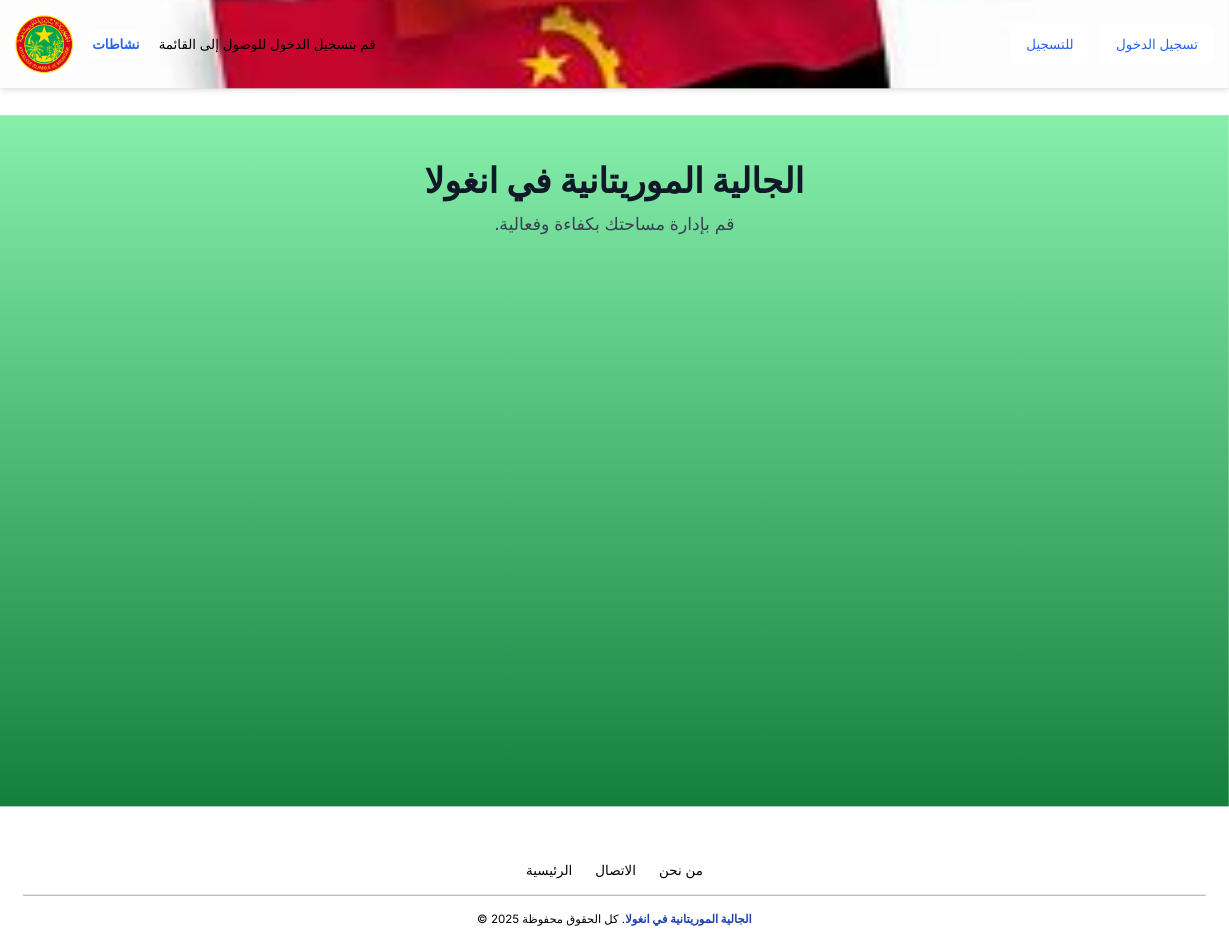
Repository: lamatmed/cmra
Page: /dashboard/espace-user
These files come from the project's save history. The page is drawn as it stood at one moment and after the next save; the edit follows.
The browser window is 1280 px wide. The pictures show the whole page, at 96% of full size.
The project was rebuilt for these pictures with package versions that can differ from the ones it lists, and the page was loaded fresh each time. The framework's server and built-in components were replaced by stand-ins that run in the browser. Also part of the build but not shown: next.config.js, components/ui/dropdown-menu.tsx, components/ui/card.tsx.

Above is the page before, as saved 2025-04-13 20:42:27.

### app/layout.tsx
import "./globals.css";
import type { Metadata } from "next";
import { Inter } from "next/font/google";
import { AuthProvider } from "@/components/AuthContext";
import NavBar from "@/components/NavBar";
import { Toaster } from "@/components/ui/toaster";
import Footer from "@/components/Footer";

const inter = Inter({ subsets: ["latin"] });

export const metadata: Metadata = {
  title: "الجالية الموريتانية في انغولا",
  description: "Application",
  icons: "/logo.png",
};

export default function RootLayout({
  children,
}: {
  children: React.ReactNode;
}) {
  return (
    <html lang="fr" className={inter.className} suppressHydrationWarning>
      <body className="flex flex-col min-h-screen">
        <AuthProvider>
          <NavBar />
          <main className="flex-grow mt-7">{children}</main>
          <Footer />
        </AuthProvider>
        <Toaster /> {/* Placer Toaster en dehors d'AuthProvider pour éviter sa réinitialisation */}
      </body>
    </html>
  );
}

### app/dashboard/espace-user/page.tsx
"use client";

import { motion } from "framer-motion";
import { Button } from "@/components/ui/button";
import {
  Card,
  CardContent,
  CardDescription,
  CardHeader,
  CardTitle,
} from "@/components/ui/card";
import { IdCard } from "lucide-react";
import Link from "next/link";
import { useContext } from "react";
import { AuthContext } from "@/components/AuthContext";
import { FaRegUser, FaVoteYea } from "react-icons/fa";

export default function Home() {
  const { user } = useContext(AuthContext) ?? {};

  return (
    <main
      className="min-h-screen bg-gradient-to-b from-green-300 to-green-700 dark:from-gray-900 dark:to-gray-800 flex flex-col"
      dir="rtl"
    >
      <div className="container mx-auto px-4 py-12 flex-1">
        <motion.div
          initial={{ opacity: 0, y: -20 }}
          animate={{ opacity: 1, y: 0 }}
          transition={{ duration: 0.6 }}
          className="text-center mb-12"
        >
          <h1 className="text-4xl font-bold text-gray-900 dark:text-white mb-3">
            الجالية الموريتانية في انغولا
          </h1>
          <p className="text-lg text-gray-700 dark:text-gray-300">
            قم بإدارة مساحتك بكفاءة وفعالية.
          </p>
        </motion.div>

        {/* Grid Responsive */}
        <div className="grid grid-cols-1 sm:grid-cols-2 md:grid-cols-3 lg:grid-cols-4 gap-6">
          {user && (
            <>
              <motion.div whileHover={{ scale: 1.05 }}>
                <Card className="hover:shadow-lg transition-shadow">
                  <CardHeader>
                    <CardTitle className="flex items-center gap-2">
                      <FaRegUser className="h-6 w-6" />
                      تعديل الملف الشخصي
                    </CardTitle>
                    <CardDescription>إدارة معلوماتي الشخصية</CardDescription>
                  </CardHeader>
                  <CardContent>
                    <Button asChild className="w-full">
                      <Link href="/dashboard/espace-user/update">دخول</Link>
                    </Button>
                  </CardContent>
                </Card>
              </motion.div>

              <motion.div whileHover={{ scale: 1.05 }}>
                <Card className="hover:shadow-lg transition-shadow">
                  <CardHeader>
                    <CardTitle className="flex items-center gap-2">
                      <FaVoteYea className="h-6 w-6" />
                      انتخابات المكتب
                    </CardTitle>
                    <CardDescription>المشاركة في التصويت</CardDescription>
                  </CardHeader>
                  <CardContent>
                    <Button asChild className="w-full">
                      <Link href="/dashboard/espace-user/votes">دخول</Link>
                    </Button>
                  </CardContent>
                </Card>
              </motion.div>

              <motion.div whileHover={{ scale: 1.05 }}>
                <Card className="hover:shadow-lg transition-shadow">
                  <CardHeader>
                    <CardTitle className="flex items-center gap-2">
                      <IdCard className="h-6 w-6" />
                      بطاقة العضوية
                    </CardTitle>
                    <CardDescription>بطاقتك الخاصة كعضو</CardDescription>
                  </CardHeader>
                  <CardContent>
                    <Button asChild className="w-full">
                      <Link href="/dashboard/espace-user/carte">دخول</Link>
                    </Button>
                  </CardContent>
                </Card>
              </motion.div>
            </>
          )}
        </div>
      </div>
    </main>
  );
}

### components/AuthContext.tsx
"use client";

import { createContext, useState, useEffect, useCallback } from "react";

interface User {
  nni: string;
  id: string;
  name: string;
  role: string;
  photo: string| undefined;
  address: string| undefined;
  job:  string| undefined;
  domain : string| undefined;
  cv: string| undefined
}

interface AuthContextType {
  user: User | null;
  isAuthenticated: boolean;
  login: (token: string) => void;
  logout: () => void;
}

export const AuthContext = createContext<AuthContextType | null>(null);

export function AuthProvider({ children }: { children: React.ReactNode }) {
  const [user, setUser] = useState<User | null>(null);
  const [isAuthenticated, setIsAuthenticated] = useState(false);

  // ✅ `fetchUser` est maintenant stable grâce à `useCallback`
  const fetchUser = useCallback((token: string) => {
    console.log("🔍 Envoi du token pour récupération de l'utilisateur...");

    fetch("/api/me", {
      headers: { Authorization: `Bearer ${token}` },
    })
      .then((res) => res.json())
      .then((data) => {
        console.log("🔍 Réponse API:", data);
        if (data.user) {
          setUser(data.user);
          setIsAuthenticated(true);
        } else {
          throw new Error("Utilisateur non trouvé");
        }
      })
      .catch((error) => {
        console.log("❌ Erreur lors de la récupération de l'utilisateur:", error);
        logout(); // Un seul appel ici
      });
  }, []);


  useEffect(() => {
    const token = localStorage.getItem("token");
    if (token) {
      fetchUser(token); // ✅ Plus de warning
    }
  }, [fetchUser]); // ✅ fetchUser est maintenant stable

  function login(token: string) {
    console.log("✅ Connexion réussie, stockage du token...");
    localStorage.setItem("token", token);
    fetchUser(token);
  }

  function logout() {
    console.log("🚪 Déconnexion, suppression du token...");
    localStorage.removeItem("token");
    setUser(null);
    setIsAuthenticated(false);
  }

  return (
    <AuthContext.Provider value={{ user, isAuthenticated, login, logout }}>
      {children}
    </AuthContext.Provider>
  );
}

### components/ui/toaster.tsx
'use client';

import { useToast } from '@/hooks/use-toast';
import {
  Toast,
  ToastClose,
  ToastDescription,
  ToastProvider,
  ToastTitle,
  ToastViewport,
} from '@/components/ui/toast';

export function Toaster() {
  const { toasts } = useToast();

  return (
    <ToastProvider>
      {toasts.map(function ({ id, title, description, action, ...props }) {
        return (
          <Toast key={id} {...props}>
            <div className="grid gap-1">
              {title && <ToastTitle>{title}</ToastTitle>}
              {description && (
                <ToastDescription>{description}</ToastDescription>
              )}
            </div>
            {action}
            <ToastClose />
          </Toast>
        );
      })}
      <ToastViewport />
    </ToastProvider>
  );
}

### components/Footer.tsx
"use client";

import Link from "next/link";
import { motion } from "framer-motion";

const Footer = () => {
  return (
    <motion.footer
      initial={{ opacity: 0, y: 20 }}
      animate={{ opacity: 1, y: 0 }}
      transition={{ duration: 0.6 }}
      className="w-full py-6 bg-gradient-to-r from-gray-900 to-gray-700 text-white shadow-md mt-8"
      style={{
        backgroundImage: "url('/')", // Remplace par ton image
        backgroundSize: "cover",
        backgroundPosition: "center",
      }}
    >
      <div className="container mx-auto px-6 max-w-7xl text-center">
        {/* Liens rapides */}
        <nav className="mb-4 flex justify-center space-x-6 bg-white text-black">
          <Link href="/" className="text-sm hover:bg-blue-400 transition ">
            الرئيسية
          </Link>
          <Link
            href="/contact"
            className="text-sm hover:text-blue-900transition hover:bg-blue-400 "
          >
            الاتصال
          </Link>
          <Link
            href="/about"
            className="text-sm hover:bg-blue-400 transition"
          >
            من نحن
          </Link>
        </nav>

        {/* Copyright */}
        <div className="border-t border-gray-400 pt-4 text-center px-2 sm:px-4">
          <p className="text-[10px] sm:text-xs text-black whitespace-nowrap bg-white">
            © {new Date().getFullYear()}{" "}
            <span className="font-bold text-blue-800">الجالية الموريتانية في انغولا</span>
            . كل الحقوق محفوظة
          </p>
        </div>
      </div>
    </motion.footer>
  );
};

export default Footer;

### components/ui/button.tsx
import * as React from 'react';
import { Slot } from '@radix-ui/react-slot';
import { cva, type VariantProps } from 'class-variance-authority';

import { cn } from '@/lib/utils';

const buttonVariants = cva(
  'inline-flex items-center justify-center whitespace-nowrap rounded-md text-sm font-medium ring-offset-background transition-colors focus-visible:outline-none focus-visible:ring-2 focus-visible:ring-ring focus-visible:ring-offset-2 disabled:pointer-events-none disabled:opacity-50',
  {
    variants: {
      variant: {
        default: 'bg-primary text-primary-foreground hover:bg-primary/90',
        destructive:
          'bg-destructive text-destructive-foreground hover:bg-destructive/90',
        outline:
          'border border-input bg-background hover:bg-accent hover:text-accent-foreground',
        secondary:
          'bg-secondary text-secondary-foreground hover:bg-secondary/80',
        ghost: 'hover:bg-accent hover:text-accent-foreground',
        link: 'text-primary underline-offset-4 hover:underline',
      },
      size: {
        default: 'h-10 px-4 py-2',
        sm: 'h-9 rounded-md px-3',
        lg: 'h-11 rounded-md px-8',
        icon: 'h-10 w-10',
      },
    },
    defaultVariants: {
      variant: 'default',
      size: 'default',
    },
  }
);

export interface ButtonProps
  extends React.ButtonHTMLAttributes<HTMLButtonElement>,
    VariantProps<typeof buttonVariants> {
  asChild?: boolean;
}

const Button = React.forwardRef<HTMLButtonElement, ButtonProps>(
  ({ className, variant, size, asChild = false, ...props }, ref) => {
    const Comp = asChild ? Slot : 'button';
    return (
      <Comp
        className={cn(buttonVariants({ variant, size, className }))}
        ref={ref}
        {...props}
      />
    );
  }
);
Button.displayName = 'Button';

export { Button, buttonVariants };

### components/main-nav.tsx
"use client"

import Link from "next/link"
import { usePathname } from "next/navigation"
import { useContext } from "react"
import { AuthContext } from "@/components/AuthContext"
import { cn } from "@/lib/utils"
import {
  Users,
  Clipboard,
  ComputerIcon ,
  LayoutDashboard,
  NotebookPen
} from "lucide-react"

type NavigationItem = {
  name: string;
  href: string;
  icon: React.ComponentType<any>;
}

type Navigation = {
  ADMIN: NavigationItem[];
  USER: NavigationItem[];

}

const navigation: Navigation = {
  ADMIN: [
    { name: "لوحه القياده", href: "/dashboard", icon: LayoutDashboard },

    { name: "مساحتي", href: "/dashboard/espace-user", icon: ComputerIcon},
    { name: "اعضاء", href: "/dashboard/users", icon: Users },
    { name: "انتخاب", href: "/dashboard/config-vote", icon: Clipboard },
    { name: "الأنشطة", href: "/activites/config", icon: NotebookPen },
  ],
  USER: [
    { name: "لوحه القياده", href: "/dashboard", icon: LayoutDashboard },
    { name: "مساحتي", href: "/dashboard/espace-user", icon: Users },

  ],

}

export function MainNav() {
  const pathname = usePathname()
  const { user, isAuthenticated } = useContext(AuthContext)!;

  // Vérifier le rôle de l'utilisateur
  const userRole = user?.role || "USER";
  const allowedNavigation = navigation[userRole as keyof Navigation] || navigation.USER;

  return (
    <nav className="flex flex-col md:flex-row items-center md:space-x-6 space-y-2 md:space-y-0">
      {isAuthenticated && user ? (
        allowedNavigation.map((item) => {
          const Icon = item.icon
          const isActive = pathname === item.href

          return (
            <Link
              key={item.href}
              href={item.href}
              className={cn(
                "flex items-center text-sm font-medium transition-colors duration-200 px-4 py-2 rounded-lg w-full md:w-auto",
                isActive
                  ? "text-blue-600 bg-gray-100 md:border-b-2 border-blue-600"
                  : "text-gray-700 bg-white hover:text-blue-500 hover:bg-gray-100"
              )}
            >
              <Icon className="mr-2 h-5 w-5 text-orange-500" />
              {item.name}
            </Link>
          )
        })
      ) : (
          <span className="text-black text-sm">قم بتسجيل الدخول للوصول إلى القائمة</span>
      )}
    </nav>
  )
}

### components/Loader.tsx

import React from 'react';
import styled from 'styled-components';

const Loader = () => {
  return (
    <StyledWrapper>
      <div className="loader" />
    </StyledWrapper>
  );
}

const StyledWrapper = styled.div`
  .loader {
   position: relative;
   width: 2.5em;
   height: 2.5em;
   transform: rotate(165deg);
  }

  .loader:before, .loader:after {
   content: "";
   position: absolute;
   top: 50%;
   left: 50%;
   display: block;
   width: 0.5em;
   height: 0.5em;
   border-radius: 0.25em;
   transform: translate(-50%, -50%);
  }

  .loader:before {
   animation: before8 2s infinite;
  }

  .loader:after {
   animation: after6 2s infinite;
  }

  @keyframes before8 {
   0% {
    width: 0.5em;
    box-shadow: 1em -0.5em rgba(225, 20, 98, 0.75), -1em 0.5em rgba(111, 202, 220, 0.75);
   }

   35% {
    width: 2.5em;
    box-shadow: 0 -0.5em rgba(225, 20, 98, 0.75), 0 0.5em rgba(111, 202, 220, 0.75);
   }

   70% {
    width: 0.5em;
    box-shadow: -1em -0.5em rgba(225, 20, 98, 0.75), 1em 0.5em rgba(111, 202, 220, 0.75);
   }

   100% {
    box-shadow: 1em -0.5em rgba(225, 20, 98, 0.75), -1em 0.5em rgba(111, 202, 220, 0.75);
   }
  }

  @keyframes after6 {
   0% {
    height: 0.5em;
    box-shadow: 0.5em 1em rgba(61, 184, 143, 0.75), -0.5em -1em rgba(233, 169, 32, 0.75);
   }

   35% {
    height: 2.5em;
    box-shadow: 0.5em 0 rgba(61, 184, 143, 0.75), -0.5em 0 rgba(233, 169, 32, 0.75);
   }

   70% {
    height: 0.5em;
    box-shadow: 0.5em -1em rgba(61, 184, 143, 0.75), -0.5em 1em rgba(233, 169, 32, 0.75);
   }

   100% {
    box-shadow: 0.5em 1em rgba(61, 184, 143, 0.75), -0.5em -1em rgba(233, 169, 32, 0.75);
   }
  }

  .loader {
   position: absolute;
   top: calc(50% - 1.25em);
   left: calc(50% - 1.25em);
  }`;

export default Loader;

Loaded but not shown: app/globals.css (common file); lib/utils.ts (common file); tailwind.config.ts (common file); components/NavBar.tsx (166 lines, source omitted); components/ui/toast.tsx (129 lines, source omitted); hooks/use-toast.ts (192 lines, source omitted)

After the next save:
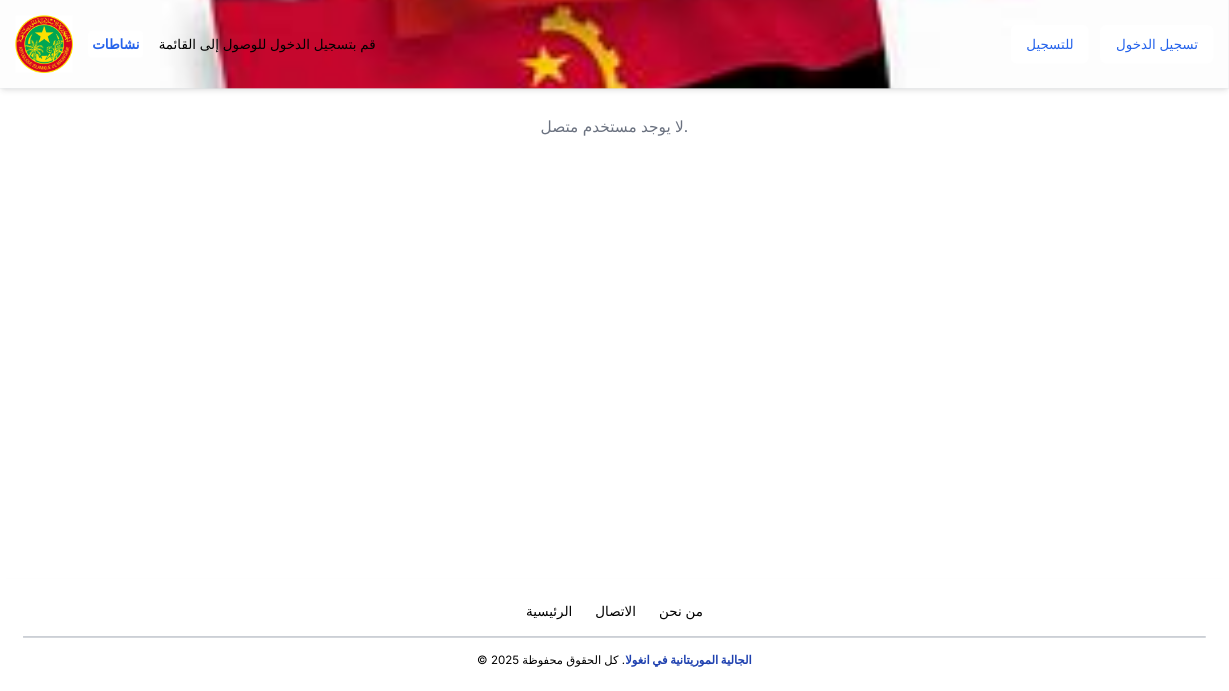
Saved 2 min 19 s later.
--- a/app/dashboard/espace-user/page.tsx
+++ b/app/dashboard/espace-user/page.tsx
@@ -11,19 +11,37 @@
 } from "@/components/ui/card";
 import { IdCard } from "lucide-react";
 import Link from "next/link";
-import { useContext } from "react";
+import { useContext, useEffect, useState } from "react";
 import { AuthContext } from "@/components/AuthContext";
 import { FaRegUser, FaVoteYea } from "react-icons/fa";
+import Loader from "@/components/Loader";
 
 export default function Home() {
   const { user } = useContext(AuthContext) ?? {};
+  const [loading, setLoading] = useState(true);
+
+  useEffect(() => {
+    const timeout = setTimeout(() => {
+      setLoading(false);
+    }, 3000);
+
+    return () => clearTimeout(timeout);
+  }, []);
+
+  if (loading) {
+    return <Loader />;
+  }
+
+  if (!user) {
+    return <p className="text-center text-gray-500">لا يوجد مستخدم متصل.</p>;
+  }
 
   return (
     <main
+      dir="rtl"
       className="min-h-screen bg-gradient-to-b from-green-300 to-green-700 dark:from-gray-900 dark:to-gray-800 flex flex-col"
-      dir="rtl"
     >
-      <div className="container mx-auto px-4 py-12 flex-1">
+      <div className="container mx-auto px-4 py-12 pb-24 flex-1">
         <motion.div
           initial={{ opacity: 0, y: -20 }}
           animate={{ opacity: 1, y: 0 }}
@@ -31,69 +49,65 @@
           className="text-center mb-12"
         >
           <h1 className="text-4xl font-bold text-gray-900 dark:text-white mb-3">
-            الجالية الموريتانية في انغولا
+            اتحاد خريجي الجزائر
           </h1>
           <p className="text-lg text-gray-700 dark:text-gray-300">
-            قم بإدارة مساحتك بكفاءة وفعالية.
+            مرحباً <span className="font-semibold">{user.name}</span> 👋، يمكنك إدارة مساحتك بسهولة.
           </p>
         </motion.div>
 
-        {/* Grid Responsive */}
+        {/* شبكة البطاقات */}
         <div className="grid grid-cols-1 sm:grid-cols-2 md:grid-cols-3 lg:grid-cols-4 gap-6">
-          {user && (
-            <>
-              <motion.div whileHover={{ scale: 1.05 }}>
-                <Card className="hover:shadow-lg transition-shadow">
-                  <CardHeader>
-                    <CardTitle className="flex items-center gap-2">
-                      <FaRegUser className="h-6 w-6" />
-                      تعديل الملف الشخصي
-                    </CardTitle>
-                    <CardDescription>إدارة معلوماتي الشخصية</CardDescription>
-                  </CardHeader>
-                  <CardContent>
-                    <Button asChild className="w-full">
-                      <Link href="/dashboard/espace-user/update">دخول</Link>
-                    </Button>
-                  </CardContent>
-                </Card>
-              </motion.div>
+          <motion.div whileHover={{ scale: 1.05 }} className="transition-transform">
+            <Card className="hover:shadow-2xl hover:ring-2 hover:ring-blue-400 dark:hover:ring-blue-600 transition-shadow rounded-2xl">
+              <CardHeader>
+                <CardTitle className="flex items-center gap-2">
+                  <FaRegUser className="h-6 w-6 text-blue-500" />
+                  تعديل الملف الشخصي
+                </CardTitle>
+                <CardDescription>إدارة معلوماتك الشخصية</CardDescription>
+              </CardHeader>
+              <CardContent>
+                <Button asChild className="w-full">
+                  <Link href="/dashboard/espace-user/update">دخول</Link>
+                </Button>
+              </CardContent>
+            </Card>
+          </motion.div>
 
-              <motion.div whileHover={{ scale: 1.05 }}>
-                <Card className="hover:shadow-lg transition-shadow">
-                  <CardHeader>
-                    <CardTitle className="flex items-center gap-2">
-                      <FaVoteYea className="h-6 w-6" />
-                      انتخابات المكتب
-                    </CardTitle>
-                    <CardDescription>المشاركة في التصويت</CardDescription>
-                  </CardHeader>
-                  <CardContent>
-                    <Button asChild className="w-full">
-                      <Link href="/dashboard/espace-user/votes">دخول</Link>
-                    </Button>
-                  </CardContent>
-                </Card>
-              </motion.div>
+          <motion.div whileHover={{ scale: 1.05 }} className="transition-transform">
+            <Card className="hover:shadow-2xl hover:ring-2 hover:ring-green-400 dark:hover:ring-green-600 transition-shadow rounded-2xl">
+              <CardHeader>
+                <CardTitle className="flex items-center gap-2">
+                  <FaVoteYea className="h-6 w-6 text-green-500" />
+                  انتخابات المكتب
+                </CardTitle>
+                <CardDescription>المشاركة في التصويت</CardDescription>
+              </CardHeader>
+              <CardContent>
+                <Button asChild className="w-full">
+                  <Link href="/dashboard/espace-user/votes">دخول</Link>
+                </Button>
+              </CardContent>
+            </Card>
+          </motion.div>
 
-              <motion.div whileHover={{ scale: 1.05 }}>
-                <Card className="hover:shadow-lg transition-shadow">
-                  <CardHeader>
-                    <CardTitle className="flex items-center gap-2">
-                      <IdCard className="h-6 w-6" />
-                      بطاقة العضوية
-                    </CardTitle>
-                    <CardDescription>بطاقتك الخاصة كعضو</CardDescription>
-                  </CardHeader>
-                  <CardContent>
-                    <Button asChild className="w-full">
-                      <Link href="/dashboard/espace-user/carte">دخول</Link>
-                    </Button>
-                  </CardContent>
-                </Card>
-              </motion.div>
-            </>
-          )}
+          <motion.div whileHover={{ scale: 1.05 }} className="transition-transform">
+            <Card className="hover:shadow-2xl hover:ring-2 hover:ring-purple-400 dark:hover:ring-purple-600 transition-shadow rounded-2xl">
+              <CardHeader>
+                <CardTitle className="flex items-center gap-2">
+                  <IdCard className="h-6 w-6 text-purple-500" />
+                  بطاقة العضو
+                </CardTitle>
+                <CardDescription>بطاقتك الرسمية</CardDescription>
+              </CardHeader>
+              <CardContent>
+                <Button asChild className="w-full">
+                  <Link href="/dashboard/espace-user/carte">دخول</Link>
+                </Button>
+              </CardContent>
+            </Card>
+          </motion.div>
         </div>
       </div>
     </main>
